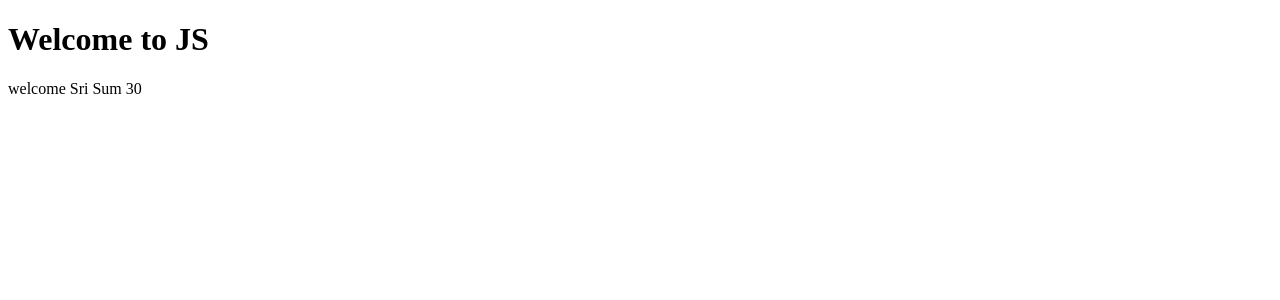
Repository: Kavya-C1/eclipsejava
Page: http://localhost/JSPDemos/hello.jsp
The author's editor kept a copy of each file at every save. The page is drawn from the files as they stood at one save, then again after the next save.
The browser window is 1280 px wide. The pictures show the whole page.
The page is served by Tomcat 9.

Above is the page before, as saved 2024-03-14 11:20:31.

### JSPDemos/src/main/webapp/hello.jsp
<%@ page language="java" contentType="text/html; charset=ISO-8859-1"
    pageEncoding="ISO-8859-1"%>
<!DOCTYPE html>
<html>
<head>
<meta charset="ISO-8859-1">
<title>Insert title here</title>
</head>
<body>

<h1>Welcome to JS</h1>
<%
String name = "Sri";
out.println("welcome "+name);
%>

<%int x=10,y=20; %>
<%out.println("Sum "+(x+y)); %>
</body>
</html>

After the next save:
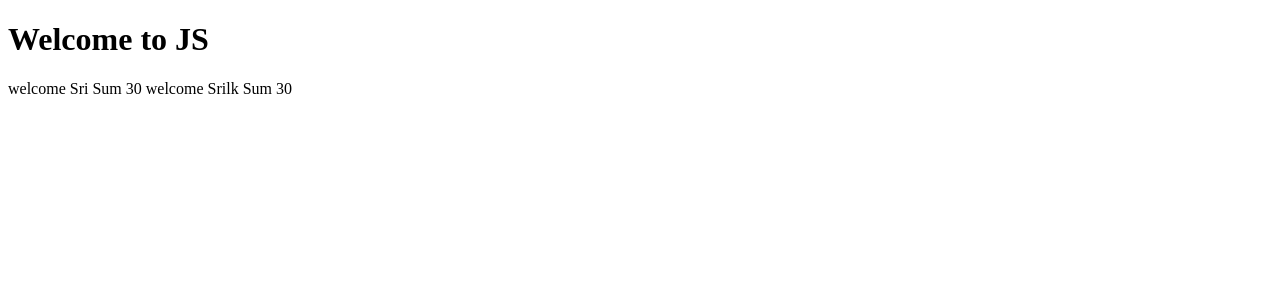
Saved 5 min 13 s later.
--- a/JSPDemos/src/main/webapp/hello.jsp
+++ b/JSPDemos/src/main/webapp/hello.jsp
@@ -9,12 +9,19 @@
 <body>
 
 <h1>Welcome to JS</h1>
-<%
-String name = "Sri";
+<%String name = "Sri";
 out.println("welcome "+name);
 %>
 
 <%int x=10,y=20; %>
 <%out.println("Sum "+(x+y)); %>
+
+<%String name1 = "Srilk";%>
+<%="welcome "+name1%>
+<%="Sum "+(x+y)%>
+
+
+
+
 </body>
 </html>
